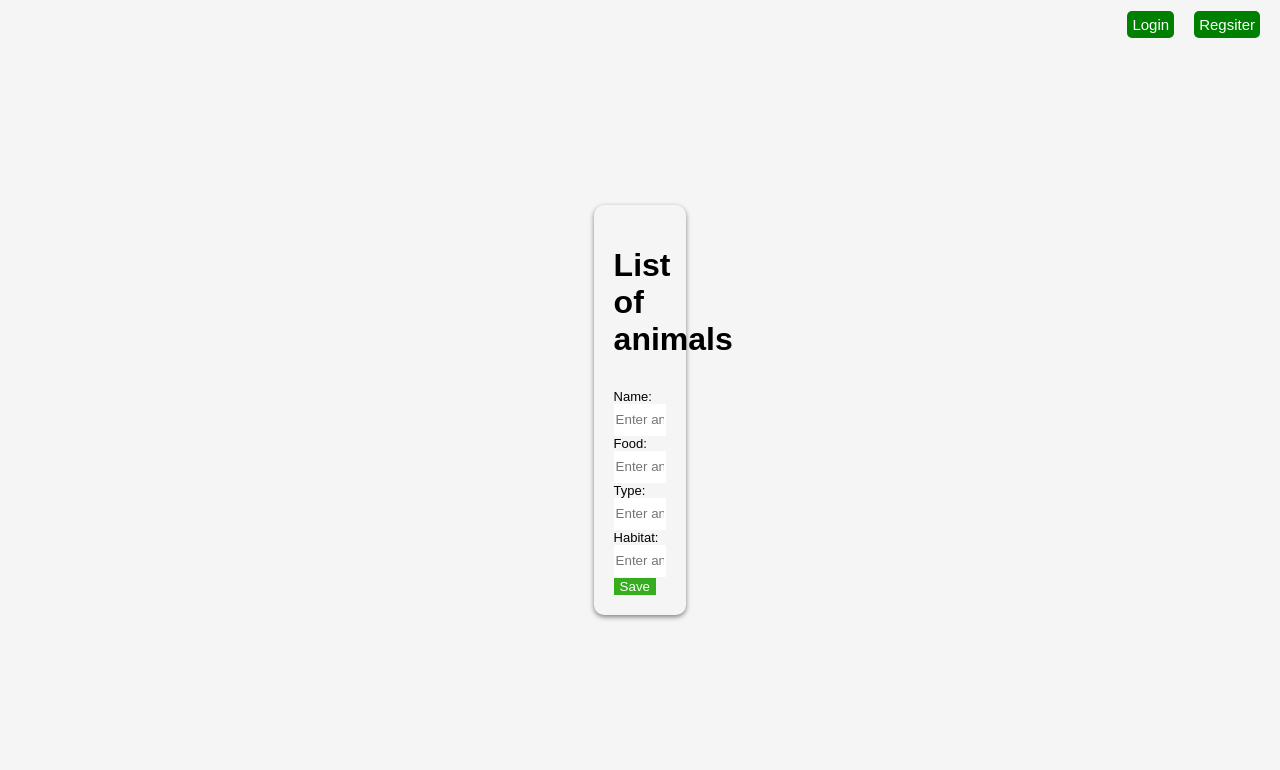
Repository: Dennis-star1001/PHP-CRUD
Page: http://localhost/
These files come from the project's save history. The page is drawn as it stood at one moment and after the next save; the edit follows.
The browser window is 1280 px wide. The pictures show the whole page.
The page is run by PHP 8.4 with error messages shown; the project is at /var/www/html/.

Above is the page before, as saved 2022-07-05 23:00:35.

### index.php
<!DOCTYPE html>
<html lang="en">

<head>
    <meta charset="UTF-8">
    <meta http-equiv="X-UA-Compatible" content="IE=edge">
    <meta name="viewport" content="width=device-width, initial-scale=1.0">
    <link rel="stylesheet" href="style.css">

    <title>Document</title>
</head>

<body>
    <nav>
        <ul class="nav-links">
            <li><a href="login.php">Login</a></li>
            <li><a href="register.php">Regsiter</a></li>
        </ul>
    </nav>

    <div class="main-animal">
    <div class="container">
            <div class="left">
        <h1>List of animals</h1>
        <form method="POST" action="index.php">
            <div  class="input-field">
                <label for="name">Name:</label>
                <input type="text" placeholder="Enter animal Name" name='name'>
            </div>

            <div class="input-field">
                <label for="name">Food:</label>
                <input type="text" placeholder="Enter animal Food" name='food'>
            </div>

            <div class="input-field">
                <label for="name">Type:</label>
                <input type="text" placeholder="Enter animal Type" name='type'>
            </div>


            <div class="input-field">
                <label for="name">Habitat:</label>
                <input class="text-input"  type="text" placeholder="Enter animal Habitat" name='habitat'>
            </div>

            <button type='submit' value="Save" class="submit">Save</button>
        </form>
            </div>
    </div>
    </div>
</body>

</html>

### style.css
body {
    margin: 0px;
    font-family: sans-serif;
    background-color: whitesmoke;
}

.title{

    text-align: center;

}

.container{
    display: flex;
    justify-content: center;
    align-items: center;
    height: 100vh;
}
.left{
    display: flex;
    flex-direction: column;
    width: 20%;
    /* border: 1px solid black; */
    box-shadow: 0 2px 5px gray;
    border-radius: 10px;
    padding: 20px;
    gap: 10px;
}
.input-field{
    display: flex;
    flex-direction: column;
}
input{
    height: 30px;
    border: none;

}
input:focus{
    outline: none;
    border-bottom: 1px solid gray;
}
label{
    font-size: 13px;
}
.submit{
    background-color: rgb(54, 173, 30);
    border: none;
    color: white;
}
.error {
    height: 5%;
    width: 100%;
    background-color: pink;
    color: red;
    font-family: sans-serif;
    display: flex;
    justify-content: center;
    align-items: center;
    font-size: 15px;
}

.success {
    height: 10%;
    width: 100%;
    background-color: lightgreen;
    color: green;
    font-family: sans-serif;
    display: flex;
    justify-content: center;
    align-items: center;
    font-size: 15px;
}
p{
    font-size: 11px;
    text-align: center;
}
.nav-links{
    display: flex;
    list-style: none;
    justify-content: right;
    padding-right: 10px;

}

.nav-links li a{
    padding: 5px;
    border-radius: 5px;
    margin: 5px 10px;
    font-size: 15px;
    text-decoration: none;
    color: white;
    background-color: green;
}
.main-animal{
    display: flex;
    justify-content: center;
    flex-direction: column;
    align-items: center;
}

After the next save:
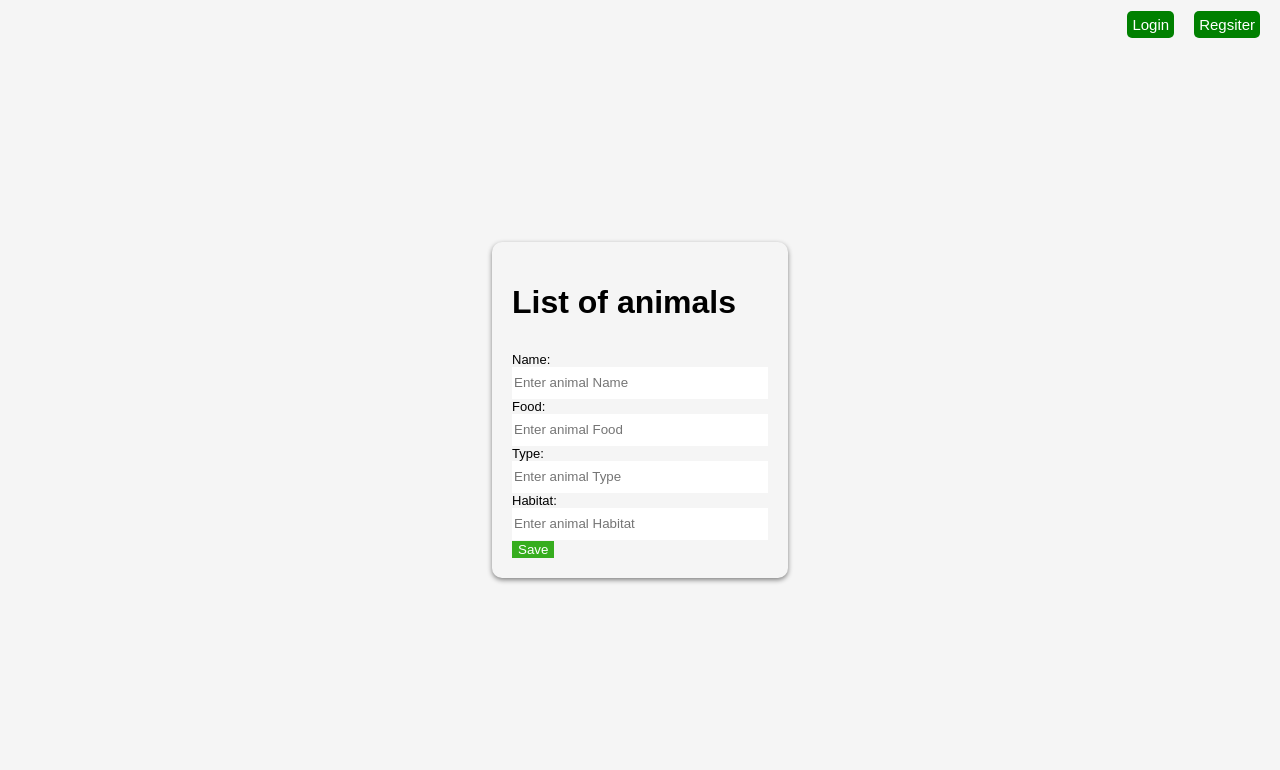
Saved 33 s later.
--- a/style.css
+++ b/style.css
@@ -91,9 +91,9 @@ p{
     color: white;
     background-color: green;
 }
-.main-animal{
+/* .main-animal{
     display: flex;
     justify-content: center;
     flex-direction: column;
     align-items: center;
-}
+} */
